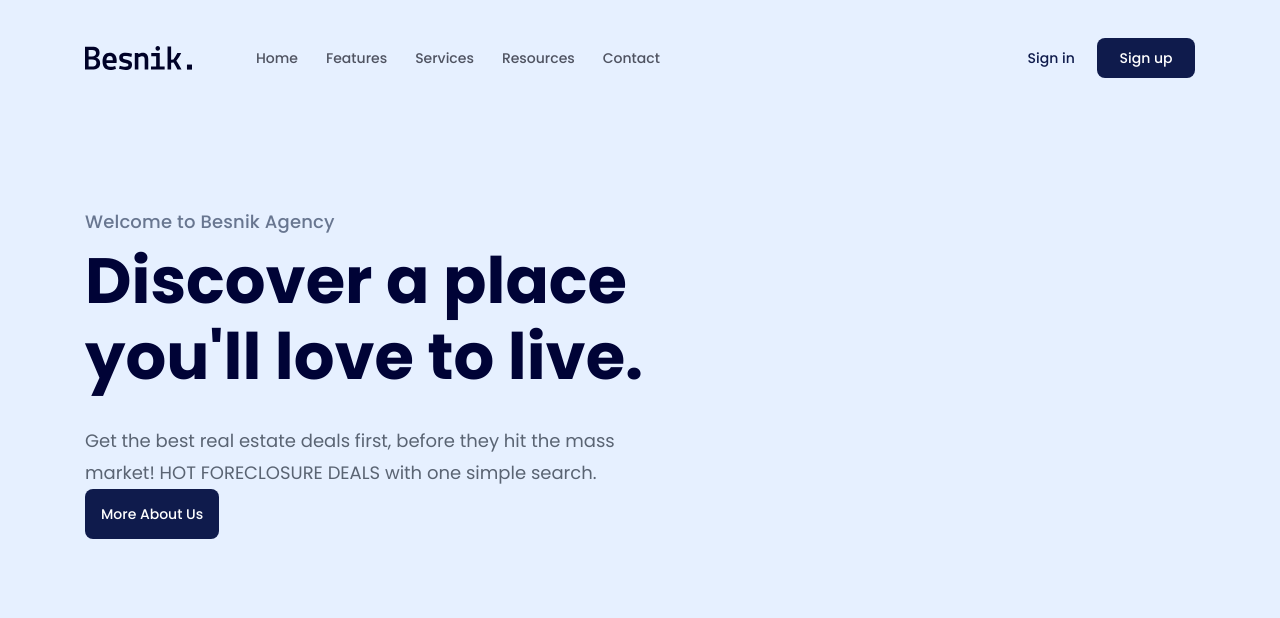
Repository: Tibi2003/f8-htmlcss-01
Page: index.html
The author's editor kept a copy of each file at every save. The page is drawn from the files as they stood at one save, then again after the next save.
The browser window is 1280 px wide. The pictures show the whole page.

Above is the page before, as saved 2024-02-05 16:52:08.

### index.html
<!DOCTYPE html>
<html lang="en">
	<head>
		<meta charset="UTF-8" />
		<meta name="viewport" content="width=device-width, initial-scale=1.0" />
		<title>F8 Project 01</title>
		<link rel="stylesheet" href="./assets/css/reset.css" />
		<link rel="preconnect" href="https://fonts.googleapis.com" />
		<link rel="preconnect" href="https://fonts.gstatic.com" crossorigin />
		<link
			href="https://fonts.googleapis.com/css2?family=Poppins:wght@400;500;600;700&display=swap"
			rel="stylesheet" />
		<!-- <link rel="stylesheet" href="./assets/fonts/stylesheet.css" /> -->
		<link rel="stylesheet" href="./assets/css/styles.css" />
	</head>
	<body>
		<main>
			<!-- Header -->
			<header class="header">
				<div class="content">
					<nav class="navbar">
						<!-- Logo -->
						<img src="./assets/img/logo.svg" alt="Besnik." />
						<!-- Navigation -->
						<ul>
							<li><a href="#!">Home</a></li>
							<li><a href="#!">Features</a></li>
							<li><a href="#!">Services</a></li>
							<li><a href="#!">Resources</a></li>
							<li><a href="#!">Contact</a></li>
						</ul>
						<!-- Action -->
						<div class="actions">
							<a href="#!" class="action-link">Sign in</a>
							<a href="#!" class="btn action-btn">Sign up</a>
						</div>
					</nav>

					<div class="hero">
						<div class="info">
							<p class="sub-title">Welcome to Besnik Agency</p>
							<h1 class="title">
								Discover a place you'll love to live.
							</h1>
							<p class="desc">
								Get the best real estate deals first, before
								they hit the mass market! HOT FORECLOSURE DEALS
								with one simple search.
							</p>
							<!-- Call to action -->
							<a href="" class="btn hero-cta">More About Us</a>
						</div>
					</div>
				</div>
			</header>
		</main>
	</body>
</html>

### assets/css/styles.css
* {
	box-sizing: border-box;
}

:root {
	--primary-color: #0f1b4c;
}

html {
	font-size: 62.5%;
}

body {
	font-size: 1.6rem;
	font-family: "Poppins", sans-serif;
}

/* Common */
a {
	text-decoration: none;
}

.btn {
	display: inline-block;
	min-width: 98px;
	padding: 18px 16px;
	border-radius: 8px;
	background: var(--primary-color);
	font-size: 1.4rem;
	font-weight: 500;
	text-align: center;
	color: #ffffff;
}

.btn:hover {
	opacity: 0.9;
}

.content {
	width: 1110px;
	max-width: calc(100% - 48px);
	margin-left: auto;
	margin-right: auto;
}

/* Header */
.header {
	background: #e6f0ff;
	height: 100vh;
}

.navbar {
	display: flex;
	align-items: center;
	padding-top: 38px;
}

.navbar ul {
	display: flex;
	margin-left: 50px;
}

.navbar .actions {
	margin-left: auto;
}

.navbar ul a {
	font-size: 1.4rem;
	font-weight: 500;
	color: #4f5361;
	padding: 8px 14px;
}

.navbar ul a:hover {
	text-decoration: underline;
}

.navbar .action-link {
	font-weight: 500;
	font-size: 1.4rem;
	color: var(--primary-color);
}

.navbar .action-btn {
	padding: 13px 16px;
	margin-left: 18px;
}

.hero {
	margin-top: 130px;
}

.hero .info {
	width: 51%;
}

.hero .sub-title {
	font-size: 1.8rem;
	font-weight: 500;
	line-height: 1.5;
	letter-spacing: 0.01em;
	color: #687690;
}

.hero .title {
	margin-top: 8px;
	font-size: 6.4rem;
	font-weight: 700;
	line-height: 1.19;
	color: #000336;
}

.hero .desc {
	margin-top: 30px;
	font-size: 1.8rem;
	font-weight: 400;
	line-height: 1.78;
	color: #5a6473;
}

Loaded but not shown: assets/css/reset.css (common file)

After the next save:
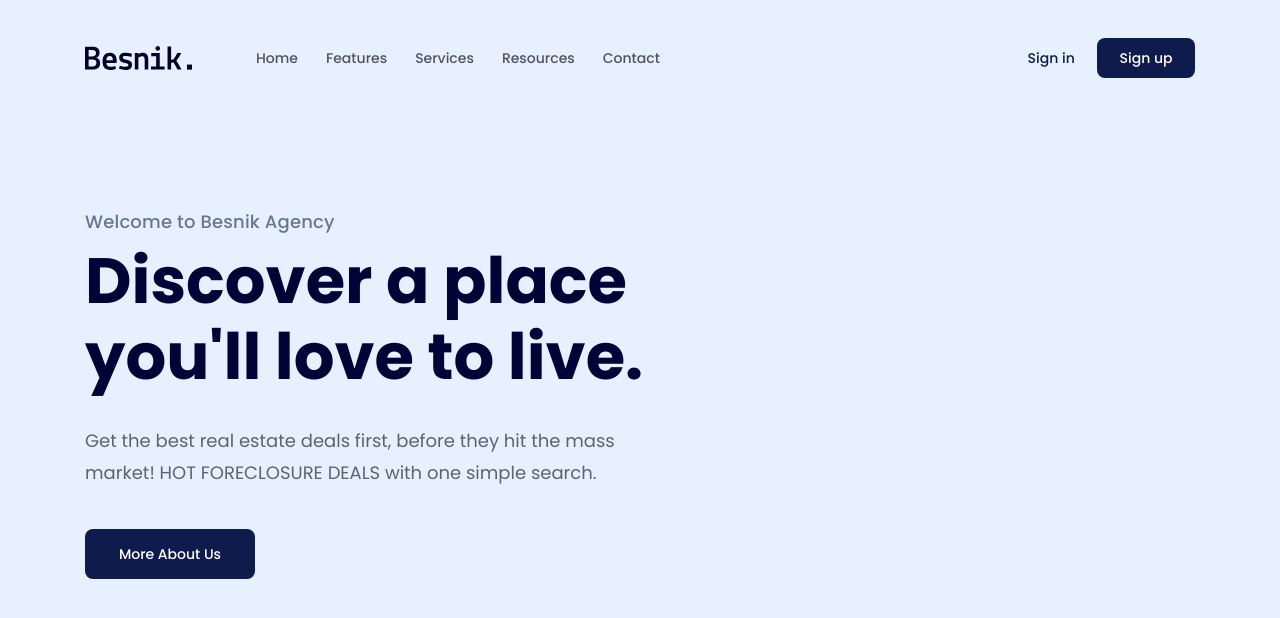
Saved 95 s later.
--- a/assets/css/styles.css
+++ b/assets/css/styles.css
@@ -117,3 +117,8 @@ a {
 	line-height: 1.78;
 	color: #5a6473;
 }
+
+.hero-cta {
+	min-width: 170px;
+	margin-top: 40px;
+}
